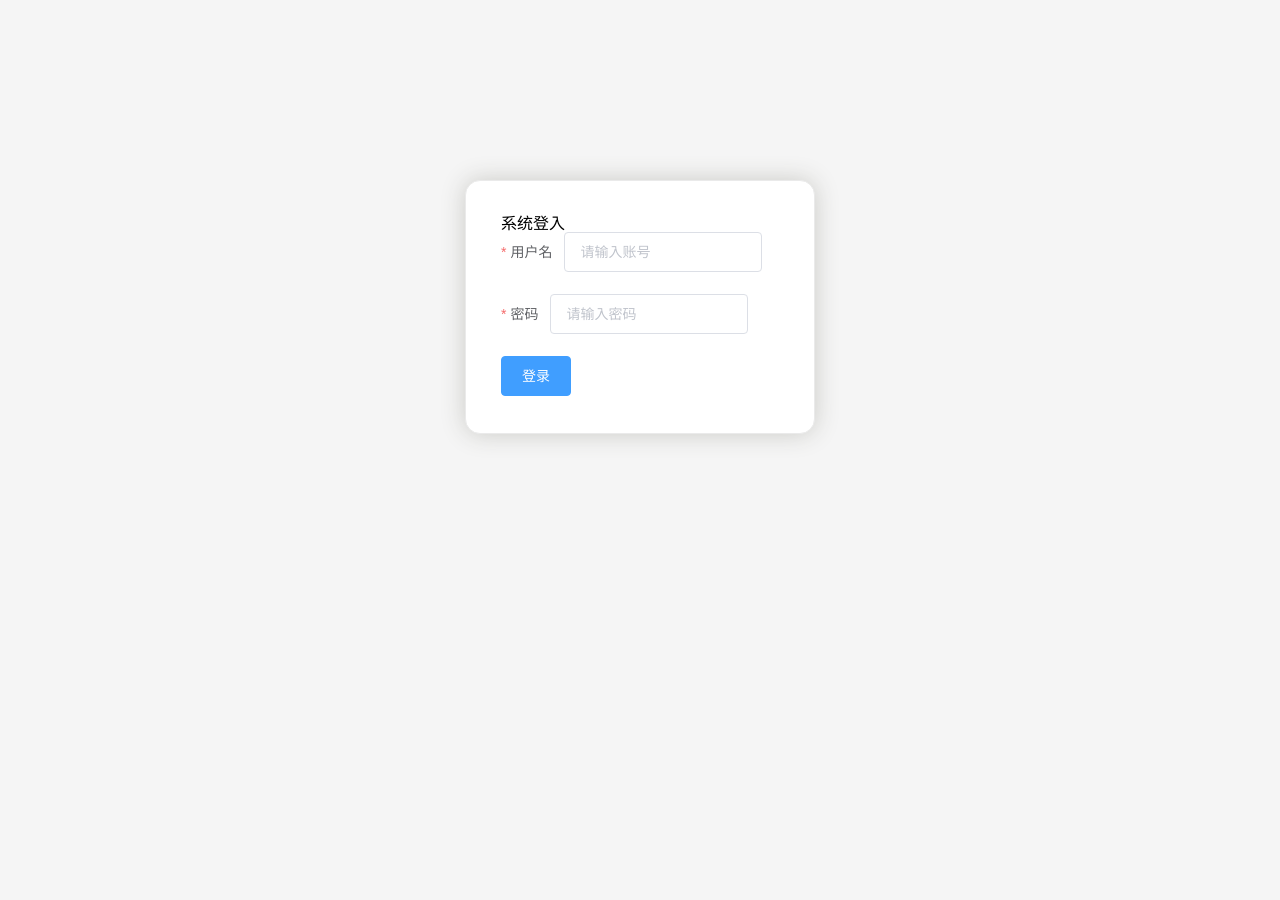
Repository: wangtao20230308/-
Page: /login
An editor plug-in stored every save of this project. The page is shown before and after the next save, followed by the edit.
The browser window is 1280 px wide. The pictures show the whole page.
The project was rebuilt for these pictures with package versions that can differ from the ones it lists, and the page was loaded fresh each time. Also part of the build but not shown: src/components/CommonAside.vue, src/components/CommonHeader.vue, src/components/commonTag.vue, src/views/Main.vue, src/utils/requst.js, src/api/index.js, src/views/Home.vue, src/views/User.vue and 3 more.

Above is the page before, as saved 2023-03-27 14:56:42.

### src/main.js
import Vue from 'vue'
import App from './App.vue'
// //element-ui全局引入
// import ElementUI from 'element-ui';
// import 'element-ui/lib/theme-chalk/index.css';
// //element-ui转换成一个插件
// Vue.use(ElementUI);

//ele按需导入
import {
  Pagination,
  MessageBox,
  DatePicker,
  Select,
  Option,
  Form,
  FormItem,
  Input,
  Dialog,
  Tag,
  Breadcrumb,
  BreadcrumbItem,
  Table,
  TableColumn,
  Col,
  Row,
  Card,
  Button,
  Radio,
  Container,
  Aside,
  Header,
  Main,
  Menu,
  Submenu,
  MenuItemGroup,
  MenuItem,
  Dropdown,
  DropdownMenu,
  DropdownItem,
} from 'element-ui'
import 'element-ui/lib/theme-chalk/index.css'
import './assets/less/index.less'
Vue.use(Button)
Vue.use(Radio)
Vue.use(Container)
Vue.use(Aside)
Vue.use(Header)
Vue.use(Main)
Vue.use(Menu)
Vue.use(Submenu)
Vue.use(MenuItemGroup)
Vue.use(MenuItem)
Vue.use(Dropdown)
Vue.use(DropdownMenu)
Vue.use(DropdownItem)
Vue.use(Card)
Vue.use(Row)
Vue.use(Col)
Vue.use(Table)
Vue.use(TableColumn)
Vue.use(Breadcrumb)
Vue.use(BreadcrumbItem)
Vue.use(Tag)
Vue.use(Dialog)
Vue.use(Form)
Vue.use(FormItem)
Vue.use(Input)
Vue.use(Select)
Vue.use(Option)
Vue.use(DatePicker)
Vue.use(Pagination)

Vue.component(MessageBox.name, MessageBox) // 全局注册组件， 若使用Vue.use()会再初始时候执行一次，有bug
Vue.prototype.$message = MessageBox // 挂载到vm实例上
Vue.prototype.$confirm = MessageBox // 挂载到vm实例上

//路由引入
import router from './router'
import store from './store'
import './api/mock'

Vue.config.productionTip = false

new Vue({
  router,
  store, //把store挂载到vue实例上
  render: (h) => h(App),
}).$mount('#app')

### src/App.vue
<template>
  <div id="app">
    <router-view></router-view>
  </div>
</template>

<script>
//import HelloWorld from './components/HelloWorld.vue'

export default {
  name: 'App',
  components: {
    //HelloWorld
  },
}
</script>

<style lang="less">
html,
body,
h3,
p {
  padding: 0;
  margin: 0;
}
#app {
  height: 100vh;
}
</style>

### src/router/index.js
//import { hasOwnMetadata } from 'core-js/fn/reflect'
import Vue from 'vue'
import VueRouter from 'vue-router'
import Main from '../views/Main.vue'
import Home from '../views/Home.vue'
import User from '../views/User.vue'
import Mall from '../views/Mall.vue'
import PageOne from '../views/PageOne.vue'
import PageTwo from '../views/PageTwo.vue'
import Login from '../views/Login.vue'

Vue.use(VueRouter)

const routes = [
  //主路由
  {
    path: '/',
    name: 'Main',
    //按需引入组件
    //原型：component: import()
    component: Main,
    redirect: '/home',
    children: [
      //子路由（嵌套路由）
      {
        //首页
        path: 'home',
        name: 'home',
        component: Home,
      },
      {
        //用户页
        path: 'user',
        name: 'user',
        component: User,
      },
      {
        //商品管理
        path: 'mall',
        name: 'mall',
        component: Mall,
      },
      {
        //页面1
        path: 'page1',
        name: 'page1',
        component: PageOne,
      },
      {
        //页面2
        path: 'page2',
        name: 'page2',
        component: PageTwo,
      },
      // {
      //   path: '/user',
      //   name: 'user',
      //   //按需引入组件
      //   //原型：component: import()
      //   component: () => import('../views/User')
      // }
    ],
  },
  //登入页面Login
  {
    path: '/login',
    name: 'login',
    component: Login,
  },
]

// new VueRouter({
//   mode: 'history',
// })
const router = new VueRouter({
  mode: 'history',
  routes,
})

//导出路由
export default router

### src/store/index.js
import Vue from 'vue'
import Vuex from 'vuex'
import tab from './tab'

//全局注入状态管理vuex
Vue.use(Vuex)

//创建vuex的实例
export default new Vuex.Store({
  modules: {
    tab,
  },
})

### src/api/mock.js
import Mock from 'mockjs'
import homeApi from './mockServeData/home'
import user from './mockServeData/user'

//定义mock请求拦截
// Mock.mock('/api/home/getData', 'get', function () {
//   //拦截到请求后的处理逻辑
//   console.log('拦截到了')
//   return 1
// })
Mock.mock('/api/home/getData', 'get', homeApi.getStatisticalData)

//用户列表的数据
Mock.mock('/api/user/add', 'post', user.createUser) //新增
Mock.mock('/api/user/edit', 'post', user.updateUser) //编辑
Mock.mock('/api/user/del', 'post', user.deleteUser) //删除
Mock.mock(/api\/user\/getUser/, 'get', user.getUserList) //获取表格数据

### src/assets/less/home.less
.home {
    .user {
      display: flex;
      align-items: center;
      padding-bottom: 20px;
      margin-bottom: 20px;
      border-bottom: 1px solid #ccc;
      img {
        width: 150px;
        height: 150px;
        border-radius: 50%;
        margin-right: 40px;
      }
      &info {
        .name {
          font-size: 32px;
          margin-bottom: 10px;
        }
        .access {
          color: #999999;
        }
      }
    }
    .login-info {
      p {
        line-height: 28px;
        font-size: 14px;
        color: #999999;
        span {
          color: #666666;
          margin-left: 60px;
        }
      }
    }
    .num {
      display: flex;
      flex-wrap: wrap;
      justify-content: space-between;
      .el-card {
        width: 32%;
        margin-bottom: 20px;
      }
      .icon {
        font-size: 30px;
        width: 80px;
        height: 80px;
        text-align: center;
        line-height: 80px;
        color: #fff;
      }
      .detail {
        margin-left: 15px;
        display: flex;
        flex-direction: column;
        justify-content: center;
        .num {
          font-size: 30px;
          margin-bottom: 10px;
        }
        .txt {
          font-size: 14px;
          text-align: center;
          color: #999999;
        }
      }
    }
    .graph {
      margin-top: 20px;
      display: flex;
      justify-content: space-between;
      .el-card {
        width: 48%;
      }
    }
  }

### src/views/Login.vue
<template>
  <div>
    <el-form :model="form" :rules="rules" :inline="true" class="login_container">
      <h3 class="login_title">系统登入</h3>
      <el-form-item label="用户名" prop="userName">
        <el-input placeholder="请输入账号" v-model="form.userName"></el-input>
      </el-form-item>
      <el-form-item label="密码" prop="passWord">
        <el-input placeholder="请输入密码" v-model="form.passWord" type="password"></el-input>
      </el-form-item>
      <el-form-item>
        <el-button type="primary" @click="onSubmit">登录</el-button>
      </el-form-item>
    </el-form>
  </div>
</template>

<script>
export default {
  data() {
    return {
      form: {
        userName: '',
        passWord: '',
      },
      rules: {
        userName: [{ required: true, message: '请输入用户名', trigger: 'blur' }],
        passWord: [{ required: true, message: '请输入密码', trigger: 'blur' }],
      },
    }
  },
}
</script>

<style lang="less" scoped>
.login_container {
  width: 350px;
  border: 1px solid #eaeaea;
  margin: 180px auto;
  background-color: #fff;
  border-radius: 15px;
  box-shadow: 0 0 25px #cacac6;
  padding: 35px 35px 15px 35px;
  box-sizing: border-box;
  .el-input {
    width: 198px;
  }
}
</style>

### src/store/tab.js
//用来管理菜单的数据
export default {
  state: {
    isCollapse: false, // 控制菜单的展开还是收起
    tabsList: [
      {
        path: '/',
        name: 'home',
        label: '首页',
        icon: 's-home',
        url: 'Home/Home',
      },
    ], //面包屑数据
  },
  mutations: {
    //修改菜单展开收起的方法
    collapseMenu(state) {
      state.isCollapse = !state.isCollapse
    },
    //更新面包屑数据
    selectMenu(state, val) {
      //判断添加的数据是否为首页
      if (val.name !== 'home') {
        const index = state.tabsList.findIndex((item) => item.name === val.name)
        //如果不存在
        if (index === -1) {
          state.tabsList.push(val)
        }
      }
    },
    //删除指定的tag数据
    closeTag(state, item) {
      console.log(item, 'item')
      const index = state.tabsList.findIndex((val) => val.name === item.name)
      state.tabsList.splice(index, 1)
    },
  },
}

### src/api/mockServeData/home.js
// mock数据模拟
import Mock from 'mockjs'

// 图表数据
let List = []
export default {
  getStatisticalData: () => {
    //Mock.Random.float 产生随机数100到8000之间 保留小数 最小0位 最大0位
    for (let i = 0; i < 7; i++) {
      List.push(
        Mock.mock({
          苹果: Mock.Random.float(100, 8000, 0, 0),
          vivo: Mock.Random.float(100, 8000, 0, 0),
          oppo: Mock.Random.float(100, 8000, 0, 0),
          魅族: Mock.Random.float(100, 8000, 0, 0),
          三星: Mock.Random.float(100, 8000, 0, 0),
          小米: Mock.Random.float(100, 8000, 0, 0),
        })
      )
    }
    return {
      code: 20000,
      data: {
        // 饼图
        videoData: [
          {
            name: '小米',
            value: 2999,
          },
          {
            name: '苹果',
            value: 5999,
          },
          {
            name: 'vivo',
            value: 1500,
          },
          {
            name: 'oppo',
            value: 1999,
          },
          {
            name: '魅族',
            value: 2200,
          },
          {
            name: '三星',
            value: 4500,
          },
        ],
        // 柱状图
        userData: [
          {
            date: '周一',
            new: 5,
            active: 200,
          },
          {
            date: '周二',
            new: 10,
            active: 500,
          },
          {
            date: '周三',
            new: 12,
            active: 550,
          },
          {
            date: '周四',
            new: 60,
            active: 800,
          },
          {
            date: '周五',
            new: 65,
            active: 550,
          },
          {
            date: '周六',
            new: 53,
            active: 770,
          },
          {
            date: '周日',
            new: 33,
            active: 170,
          },
        ],
        // 折线图
        orderData: {
          date: ['20191001', '20191002', '20191003', '20191004', '20191005', '20191006', '20191007'],
          data: List,
        },
        //表格数据
        tableData: [
          {
            name: 'oppo',
            todayBuy: 500,
            monthBuy: 3500,
            totalBuy: 22000,
          },
          {
            name: 'vivo',
            todayBuy: 300,
            monthBuy: 2200,
            totalBuy: 24000,
          },
          {
            name: '苹果',
            todayBuy: 800,
            monthBuy: 4500,
            totalBuy: 65000,
          },
          {
            name: '小米',
            todayBuy: 1200,
            monthBuy: 6500,
            totalBuy: 45000,
          },
          {
            name: '三星',
            todayBuy: 300,
            monthBuy: 2000,
            totalBuy: 34000,
          },
          {
            name: '魅族',
            todayBuy: 350,
            monthBuy: 3000,
            totalBuy: 22000,
          },
        ],
      },
    }
  },
}

### src/api/mockServeData/user.js
import Mock from 'mockjs'

// get请求从config.url获取参数，post从config.body中获取参数
function param2Obj(url) {
  const search = url.split('?')[1]
  if (!search) {
    return {}
  }
  return JSON.parse('{"' + decodeURIComponent(search).replace(/"/g, '\\"').replace(/&/g, '","').replace(/=/g, '":"') + '"}')
}

let List = []
const count = 200

for (let i = 0; i < count; i++) {
  List.push(
    Mock.mock({
      id: Mock.Random.guid(),
      name: Mock.Random.cname(),
      addr: Mock.mock('@county(true)'),
      'age|18-60': 1,
      birth: Mock.Random.date(),
      sex: Mock.Random.integer(0, 1),
    })
  )
}

export default {
  /**
   * 获取列表
   * 要带参数 name, page, limt; name可以不填, page,limit有默认值。
   * @param name, page, limit
   * @return {{code: number, count: number, data: *[]}}
   */
  getUserList: (config) => {
    const { name, page = 1, limit = 20 } = param2Obj(config.url)
    console.log('name:' + name, 'page:' + page, '分页大小limit:' + limit)
    const mockList = List.filter((user) => {
      if (name && user.name.indexOf(name) === -1 && user.addr.indexOf(name) === -1) return false
      return true
    })
    const pageList = mockList.filter((item, index) => index < limit * page && index >= limit * (page - 1))
    return {
      code: 20000,
      count: mockList.length,
      list: pageList,
    }
  },
  /**
   * 增加用户
   * @param name, addr, age, birth, sex
   * @return {{code: number, data: {message: string}}}
   */
  createUser: (config) => {
    const { name, addr, age, birth, sex } = JSON.parse(config.body)
    console.log(JSON.parse(config.body))
    List.unshift({
      id: Mock.Random.guid(),
      name: name,
      addr: addr,
      age: age,
      birth: birth,
      sex: sex,
    })
    return {
      code: 20000,
      data: {
        message: '添加成功',
      },
    }
  },
  /**
   * 删除用户
   * @param id
   * @return {*}
   */
  deleteUser: (config) => {
    const { id } = JSON.parse(config.body)
    if (!id) {
      return {
        code: -999,
        message: '参数不正确',
      }
    } else {
      List = List.filter((u) => u.id !== id)
      return {
        code: 20000,
        message: '删除成功',
      }
    }
  },
  /**
   * 批量删除
   * @param config
   * @return {{code: number, data: {message: string}}}
   */
  batchremove: (config) => {
    let { ids } = param2Obj(config.url)
    ids = ids.split(',')
    List = List.filter((u) => !ids.includes(u.id))
    return {
      code: 20000,
      data: {
        message: '批量删除成功',
      },
    }
  },
  /**
   * 修改用户
   * @param id, name, addr, age, birth, sex
   * @return {{code: number, data: {message: string}}}
   */
  updateUser: (config) => {
    const { id, name, addr, age, birth, sex } = JSON.parse(config.body)
    const sex_num = parseInt(sex)
    List.some((u) => {
      if (u.id === id) {
        u.name = name
        u.addr = addr
        u.age = age
        u.birth = birth
        u.sex = sex_num
        return true
      }
    })
    return {
      code: 20000,
      data: {
        message: '编辑成功',
      },
    }
  },
}

Loaded but not shown: public/index.html (common file); src/assets/less/index.less (common file); src/assets/less/common.less (common file); src/assets/less/reset.less (common file)

After the next save:
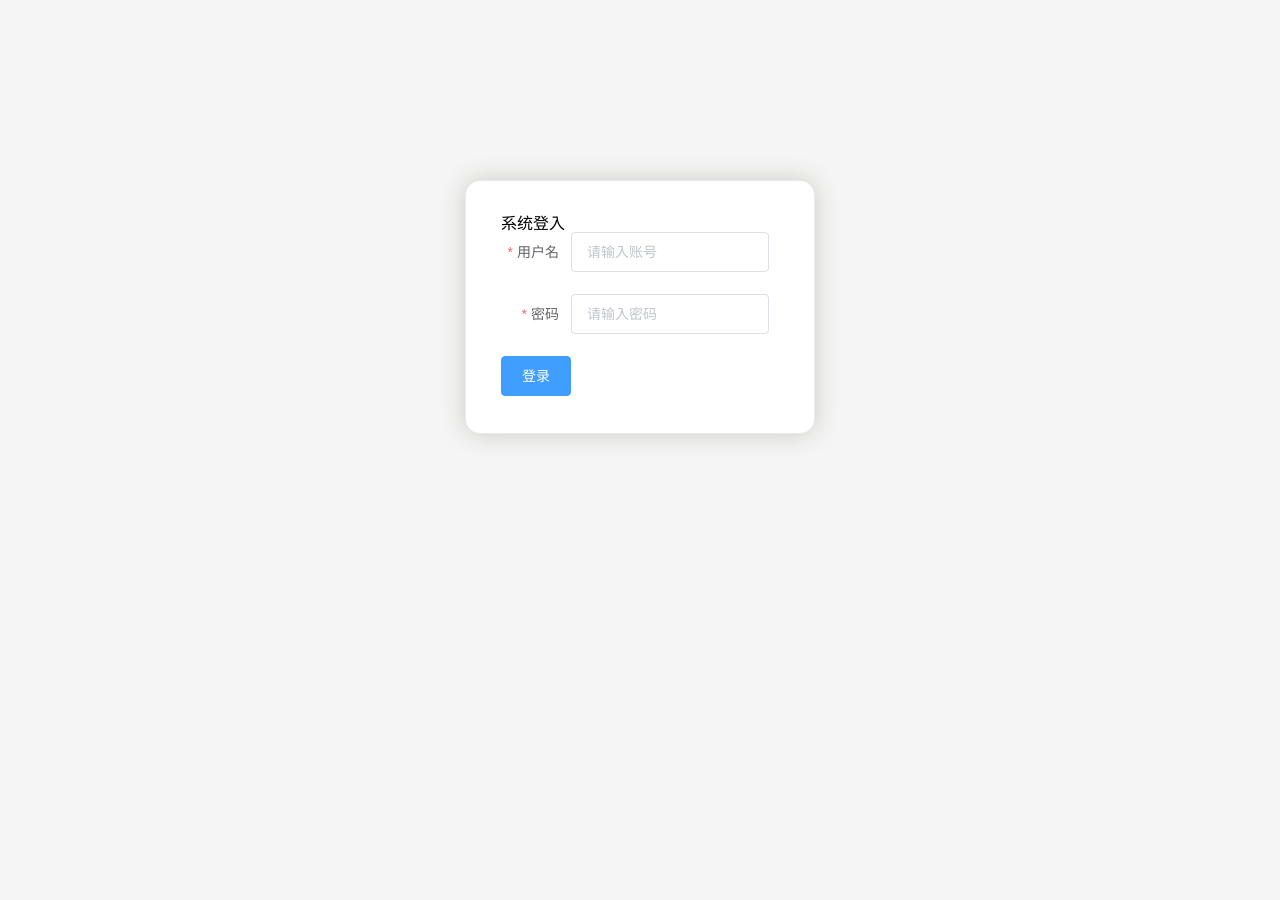
Saved 39 s later.
--- a/src/views/Login.vue
+++ b/src/views/Login.vue
@@ -1,6 +1,6 @@
 <template>
   <div>
-    <el-form :model="form" :rules="rules" :inline="true" class="login_container">
+    <el-form :model="form" :rules="rules" :inline="true" class="login_container" label-width="70px">
       <h3 class="login_title">系统登入</h3>
       <el-form-item label="用户名" prop="userName">
         <el-input placeholder="请输入账号" v-model="form.userName"></el-input>
